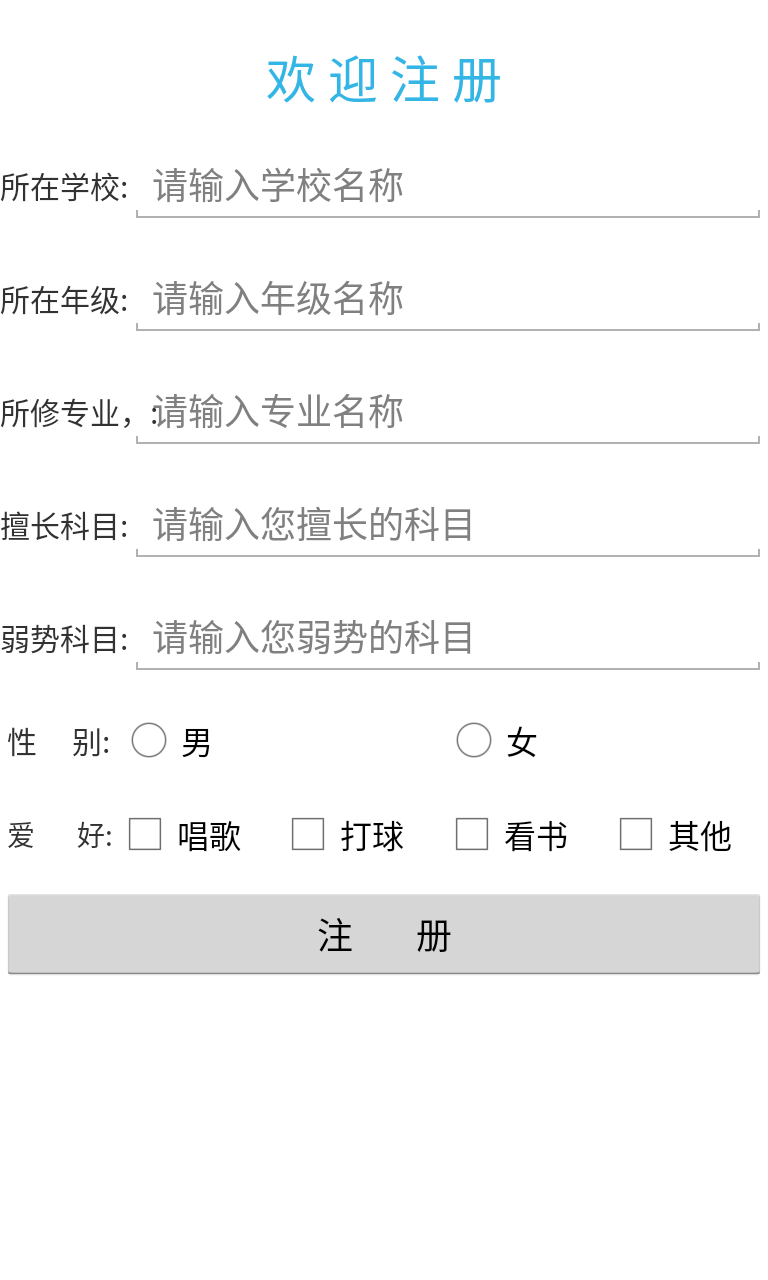
Repository: 17390089054/android
Layout: learning/res/layout/activity_main.xml
These files come from the project's save history. The layout is drawn as it stood at one moment and after the next save; the edit follows.
It is drawn on a 768 x 1280 px phone screen (xhdpi) without system bars, with theme AppTheme; the app's code is not run.

Above is the layout before, as saved 2018-05-01 10:14:16.

### learning/res/layout/activity_main.xml
<LinearLayout xmlns:android="http://schemas.android.com/apk/res/android"
    xmlns:tools="http://schemas.android.com/tools"
    android:layout_width="match_parent"
    android:layout_height="match_parent"
    tools:context=".MainActivity"
    android:orientation="vertical"
    >

    <TextView
        android:id="@+id/textView1"
        android:layout_width="match_parent"
        android:layout_height="wrap_content"
        android:layout_marginTop="20dp"
        android:gravity="center"
        android:text=" 欢 迎 注 册 "
        android:textColor="@android:color/holo_blue_light"
        android:textSize="25sp" />

    <RelativeLayout
        android:layout_width="match_parent"
        android:layout_height="wrap_content"
        android:orientation="horizontal"
        android:layout_marginTop="15dp"
         >
    <!-- school -->
    <TextView
        android:id="@+id/schtxt"
        android:layout_width="wrap_content"
        android:layout_height="wrap_content"
        android:textSize="15sp"
        android:gravity="center"
        android:layout_alignBaseline="@+id/school"
        android:text="所在学校:"
        />
     <EditText
         android:id="@+id/school"
         android:layout_width="match_parent"
         android:layout_height="wrap_content"
         android:layout_toRightOf="@+id/schtxt"
         android:hint="请输入学校名称"
         android:singleLine="true"
         />
    <!-- grade -->
   <TextView
       android:id="@+id/gradetxt"
       android:layout_width="wrap_content"
       android:layout_height="wrap_content"
       android:textSize="15sp"
       android:gravity="center"
       android:layout_alignBaseline="@+id/grade"
       android:layout_below="@+id/school"
       android:text="所在年级:"
       />
    <EditText
        android:id="@+id/grade"
        android:layout_width="match_parent"
        android:layout_height="wrap_content"
        android:layout_below="@+id/school"
        android:layout_marginTop="15dp"
        android:layout_toRightOf="@+id/gradetxt"
        android:layout_alignLeft="@+id/school"
        android:hint="请输入年级名称"
        android:singleLine="true"
        />

   <!-- major -->
   <TextView
       android:id="@+id/majortxt"
       android:layout_width="wrap_content"
       android:layout_height="wrap_content"
       android:textSize="15sp"
       android:layout_alignBaseline="@+id/major"
       android:gravity="center"
       android:text="所修专业，:"
       />
    <EditText
        android:id="@+id/major"
        android:layout_width="match_parent"
        android:layout_height="wrap_content"
       	android:layout_toRightOf="@+id/majortxt"
		android:layout_below="@+id/grade"
		android:layout_alignLeft="@+id/school"
		android:layout_marginTop="15dp"
        android:singleLine="true"
        android:hint="请输入专业名称"
        />

    <!--pros-->
	<TextView
       android:id="@+id/prostxt"
       android:layout_width="wrap_content"
       android:layout_height="wrap_content"
       android:textSize="15sp"
       android:gravity="center"
       android:layout_alignBaseline="@+id/pros"
       android:layout_below="@+id/major"
       android:text="擅长科目:"
       />
    <EditText
        android:id="@+id/pros"
        android:layout_width="match_parent"
        android:layout_height="wrap_content"
        android:layout_below="@+id/major"
        android:layout_marginTop="15dp"
        android:layout_toRightOf="@+id/prostxt"
        android:layout_alignLeft="@+id/school"
        android:hint="请输入您擅长的科目"
        android:singleLine="true"
        />
     <!-- cons -->
    <TextView
       android:id="@+id/constxt"
       android:layout_width="wrap_content"
       android:layout_height="wrap_content"
       android:textSize="15sp"
       android:gravity="center"
       android:layout_alignBaseline="@+id/cons"
       android:layout_below="@+id/pros"
       android:text="弱势科目:"
       />
    <EditText
        android:id="@+id/cons"
        android:layout_width="match_parent"
        android:layout_height="wrap_content"
        android:layout_below="@+id/pros"
        android:layout_marginTop="15dp"
        android:layout_toRightOf="@+id/constxt"
        android:layout_alignLeft="@+id/school"
        android:hint="请输入您弱势的科目"
        android:singleLine="true"
        />

   </RelativeLayout>
   <LinearLayout
       android:layout_width="match_parent"
       android:layout_height="wrap_content"
       android:gravity="center_vertical"
       android:layout_marginTop="15dp"
        >
    <TextView
        android:layout_width="wrap_content"
		android:layout_height="wrap_content"
		android:textSize="15sp"
		android:text=" 性     别: "
        />
    <RadioGroup
        android:id="@+id/group"
        android:layout_width="match_parent"
        android:layout_height="wrap_content"
        android:orientation="horizontal"
        >
		<RadioButton
		    android:id="@+id/boy"
		    android:layout_width="wrap_content"
		    android:layout_height="wrap_content"
		    android:layout_weight="1"
		    android:text="男"
		    />
	    <RadioButton
	    android:id="@+id/girl"
	    android:layout_width="wrap_content"
	    android:layout_height="wrap_content"
	    android:layout_weight="1"
	    android:text="女"
	    />
    </RadioGroup>
   </LinearLayout>

  <LinearLayout
      android:layout_width="match_parent"
      android:layout_height="wrap_content"
      android:gravity="center_vertical"
      android:layout_marginTop="15dp"
      >
    <TextView
        android:id="@+id/hobbies"
        android:layout_width="wrap_content"
        android:layout_height="wrap_content"
        android:text=" 爱      好:"

        />
  <CheckBox
      android:id="@+id/sing"
      android:layout_width="wrap_content"
      android:layout_height="wrap_content"
	  android:layout_weight="1"
      android:text="唱歌"
      />


  <CheckBox
      android:id="@+id/playball"
      android:layout_width="wrap_content"
      android:layout_height="wrap_content"
     android:layout_weight="1"
      android:text="打球"
      />

  <CheckBox
      android:id="@+id/book"
      android:layout_width="wrap_content"
      android:layout_height="wrap_content"
      android:layout_weight="1"
      android:text="看书"
      />
  <CheckBox
  android:id="@+id/other"
  android:layout_width="wrap_content"
  android:layout_height="wrap_content"
  android:layout_weight="1"
  android:text="其他"
  />


  </LinearLayout>

	<Button
	    android:id="@+id/btn"
	    android:layout_width="match_parent"
	    android:layout_height="wrap_content"
	  	android:gravity="center"
	    android:text="注       册"
	    android:layout_marginTop="10dp"
	    />

</LinearLayout>

Loaded but not shown: learning/res/values/styles.xml (common file); learning/res/values-v11/styles.xml (common file); learning/res/values-v14/styles.xml (common file)

After the next save:
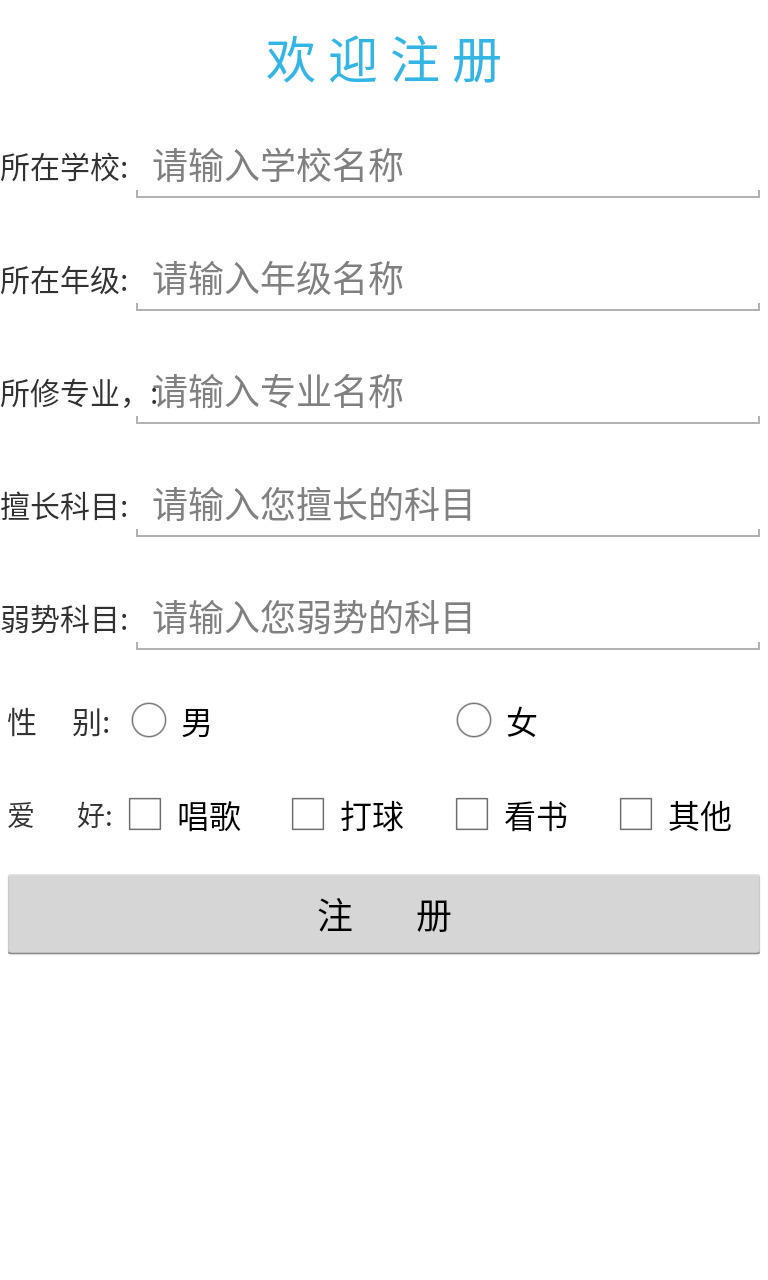
Saved 8 s later.
--- a/learning/res/layout/activity_main.xml
+++ b/learning/res/layout/activity_main.xml
@@ -10,7 +10,7 @@
         android:id="@+id/textView1"
         android:layout_width="match_parent"
         android:layout_height="wrap_content"
-        android:layout_marginTop="20dp"
+        android:layout_marginTop="10dp"
         android:gravity="center"
         android:text=" 欢 迎 注 册 "
         android:textColor="@android:color/holo_blue_light"
